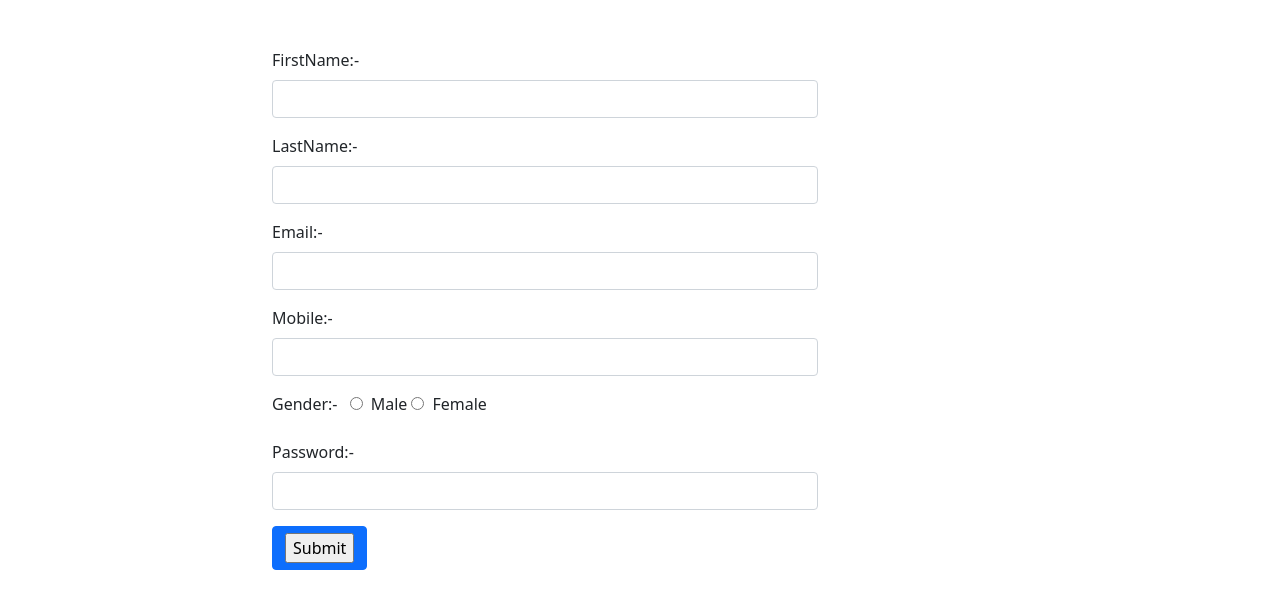
Repository: 2001Yogi/JavaWebAssignment
Page: http://localhost/FormSubmitUsingRegularExpression/
An editor plug-in stored every save of this project. The page is shown before and after the next save, followed by the edit.
The browser window is 1280 px wide. The pictures show the whole page.
The page is served by Tomcat 9. Other server files are loaded and not shown.

Above is the page before, as saved 2024-09-18 06:42:58.

### FormSubmitUsingRegularExpression/src/main/webapp/index.jsp
<%@ page language="java" contentType="text/html; charset=ISO-8859-1"
	pageEncoding="ISO-8859-1"%>
<!DOCTYPE html>
<html>
<head>
<meta charset="ISO-8859-1">
<link
	href="https://cdn.jsdelivr.net/npm/bootstrap@5.0.2/dist/css/bootstrap.min.css"
	rel="stylesheet"
	integrity="sha384-EVSTQN3/azprG1Anm3QDgpJLIm9Nao0Yz1ztcQTwFspd3yD65VohhpuuCOmLASjC"
	crossorigin="anonymous">
<script
	src="https://cdn.jsdelivr.net/npm/bootstrap@5.0.2/dist/js/bootstrap.bundle.min.js"
	integrity="sha384-MrcW6ZMFYlzcLA8Nl+NtUVF0sA7MsXsP1UyJoMp4YLEuNSfAP+JcXn/tWtIaxVXM"
	crossorigin="anonymous"></script>
<script
	src="https://cdn.jsdelivr.net/npm/@popperjs/core@2.9.2/dist/umd/popper.min.js"
	integrity="sha384-IQsoLXl5PILFhosVNubq5LC7Qb9DXgDA9i+tQ8Zj3iwWAwPtgFTxbJ8NT4GN1R8p"
	crossorigin="anonymous"></script>
<script
	src="https://cdn.jsdelivr.net/npm/bootstrap@5.0.2/dist/js/bootstrap.min.js"
	integrity="sha384-cVKIPhGWiC2Al4u+LWgxfKTRIcfu0JTxR+EQDz/bgldoEyl4H0zUF0QKbrJ0EcQF"
	crossorigin="anonymous"></script>
<title>Student Form</title>
</head>
<body>
	<form action="RegisterServlet" method="post">
		<div class="container" >
			<div class="row mt-5">
				<div class="col-2"></div>
				<div class="col-6">
					<div class="mb-3">
						<label class="form-label">FirstName:-</label>
							<input type="text" class="form-control" name="fname">
					</div>
					<div class="mb-3">
						<label  class="form-label">LastName:-</label>
							<input type="text" class="form-control" name="lname">
					</div>
					<div class="mb-3">
						<label  class="form-label">Email:-</label>
							<input type="email" class="form-control" name="email">
					</div>
					<div class="mb-3">
						<label class="form-label">Mobile:-</label>
							<input type="number" class="form-control" name="mobile">
					</div>
					<div class="mb-3">
						<label class="me-2">Gender:-</label>
							<input type="radio"  name="gender" value="Male"><label class=" ms-2 form-label">Male</label>
							<input type="radio" name="gender" value="Female"><label class=" ms-2 form-label">Female</label>
					</div>
					<div class="mb-3">
						<label class="form-label">Password:-</label>
							<input type="password" class="form-control" name="pass">
					</div>

					       <button class="btn btn-primary"><input type="submit" value="Submit"></button>

				</div>
			</div>
		</div>
	</form>
</body>
</html>

After the next save:
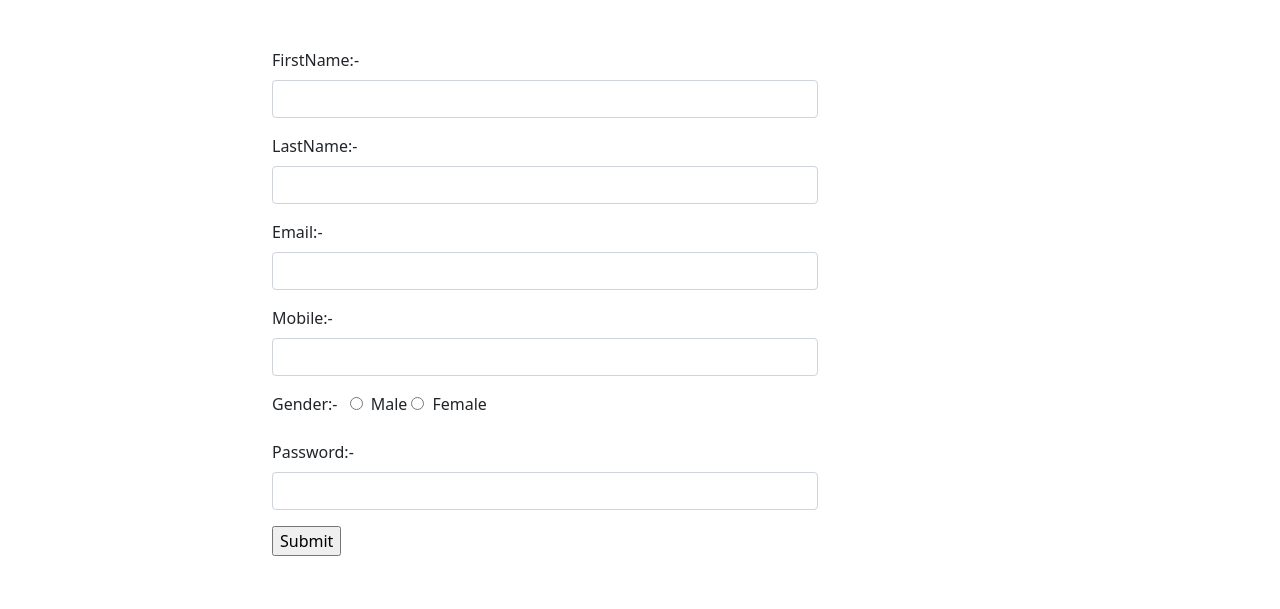
Saved 25 s later.
--- a/FormSubmitUsingRegularExpression/src/main/webapp/index.jsp
+++ b/FormSubmitUsingRegularExpression/src/main/webapp/index.jsp
@@ -55,7 +55,7 @@
 							<input type="password" class="form-control" name="pass">
 					</div>
 
-					       <button class="btn btn-primary"><input type="submit" value="Submit"></button>
+					<input type="submit" value="Submit">
 
 				</div>
 			</div>
